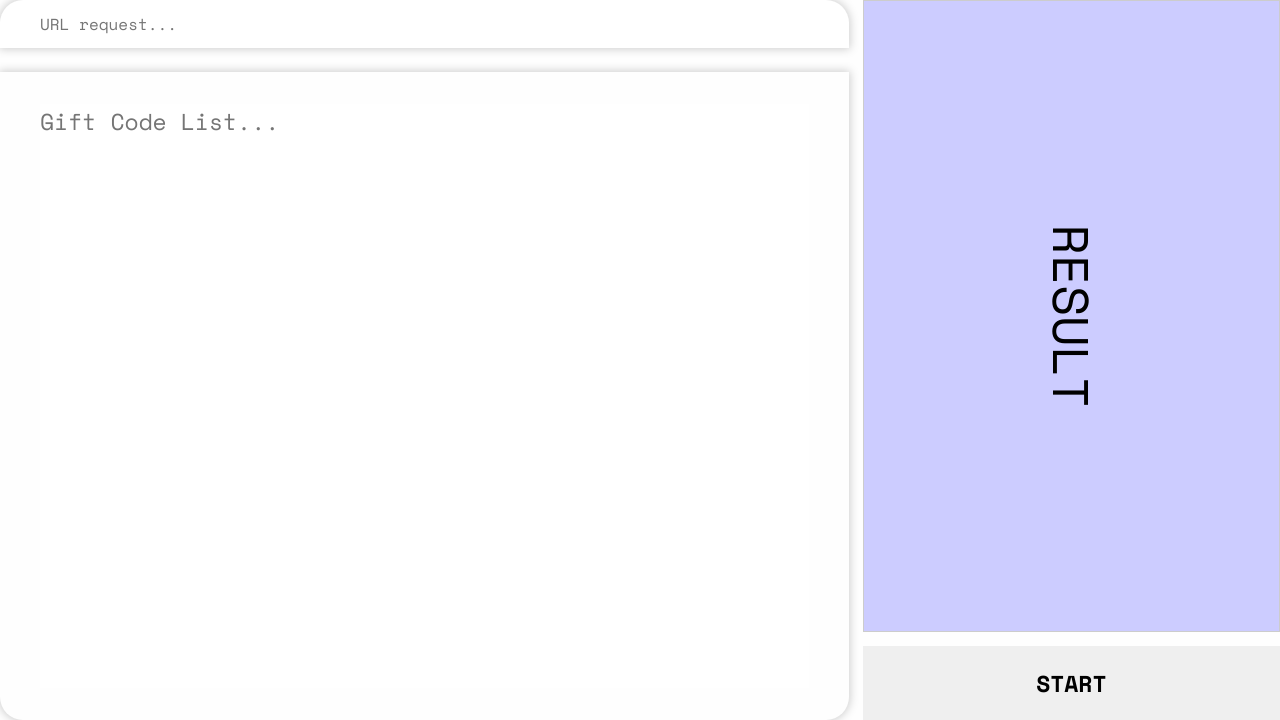
Repository: 777hanh777hanh/test
Page: index.html
These files come from the project's save history. The page is drawn as it stood at one moment and after the next save; the edit follows.
The browser window is 1280 px wide. The pictures show the whole page.

Above is the page before, as saved 2023-06-30 17:50:38.

After the next save:
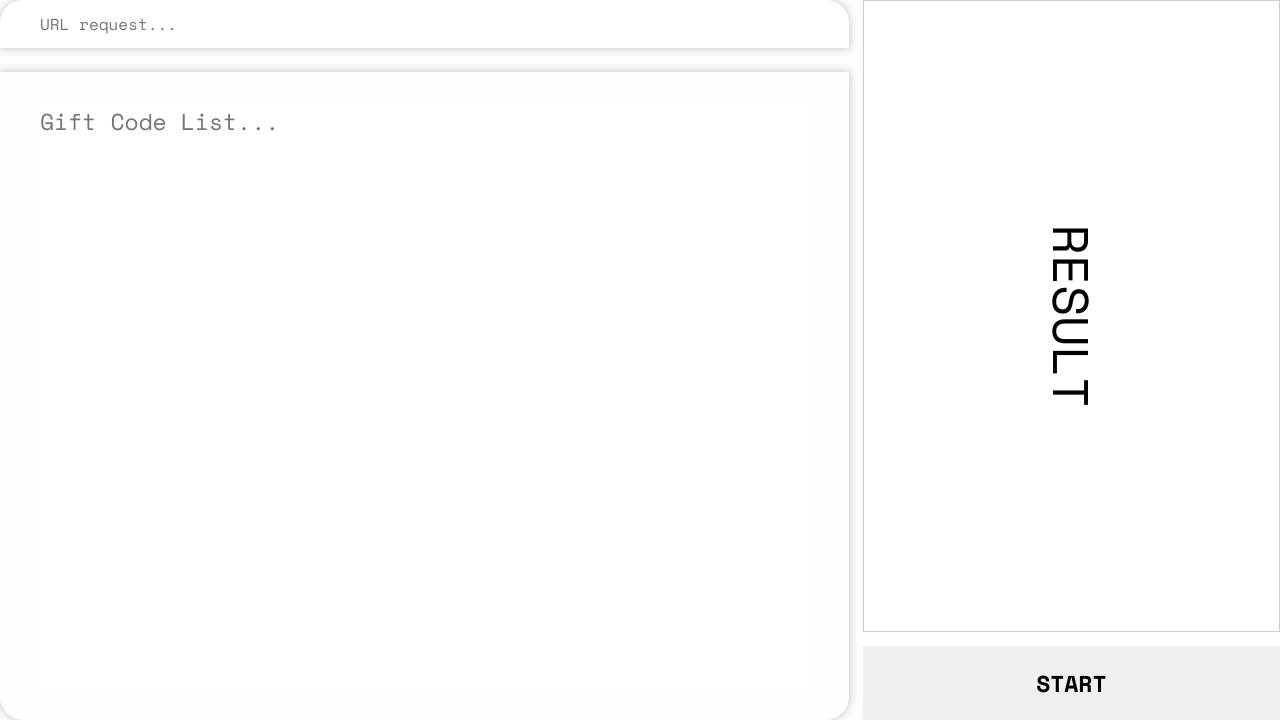
Saved 4 s later.
--- a/assets/css/style.css
+++ b/assets/css/style.css
@@ -94,7 +94,7 @@ html *::-webkit-scrollbar-track {
     align-items: center;
     flex-grow: 1;
     border: 1px solid #ccc;
-    background: #ccccff;
+    background: #fff;
 }
 
 .result:empty::before {
